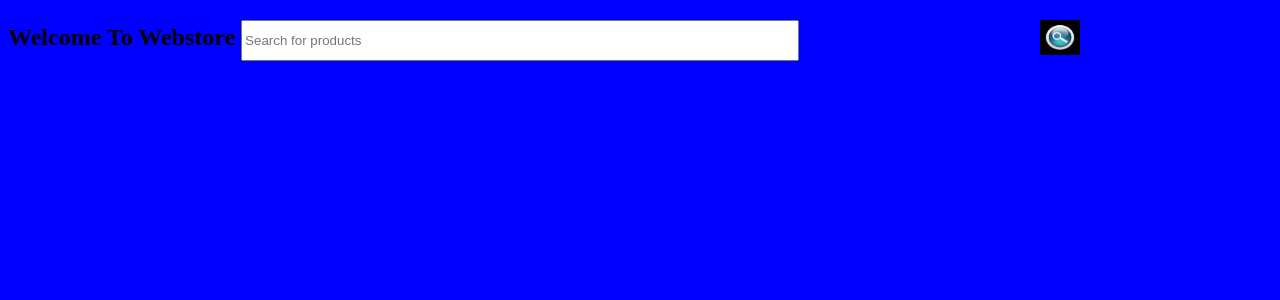
Repository: sourogithub/Final-yr-project-using-j2ee
Page: http://localhost/Webstore/JSP Pages/Front.jsp
An editor plug-in stored every save of this project. The page is shown before and after the next save, followed by the edit.
The browser window is 1280 px wide. The pictures show the whole page.
The page is served by Tomcat 9.

Above is the page before, as saved 2017-04-11 08:47:41.

After the next save:
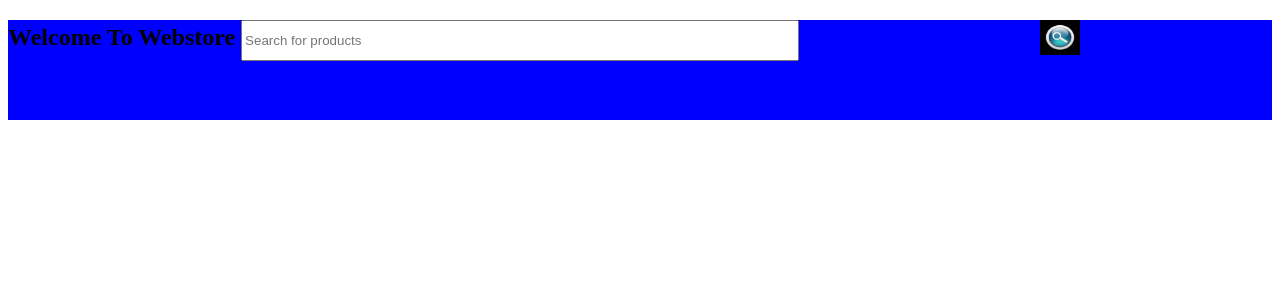
Saved 116 s later.
--- a/Webstore/WebContent/JSP Pages/Front.jsp
+++ b/Webstore/WebContent/JSP Pages/Front.jsp
@@ -6,9 +6,9 @@
 <meta http-equiv="Content-Type" content="text/html; charset=ISO-8859-1">
 <title>Insert title here</title>
 </head>
-<body style="background-color:blue">
+<body >
 <div id="top"  style="background:blue; height:100px">
-<h2 >Welcome To Webstore
+<h2>Welcome To Webstore
 <input type="text" placeholder="Search for products" required style="border-width:2;width:550px;height:35px">
 <a><img src="../images/search-images-17.jpg" height="35px" width="40px" style="position:absolute;right:200px"></a>
 </h2>
